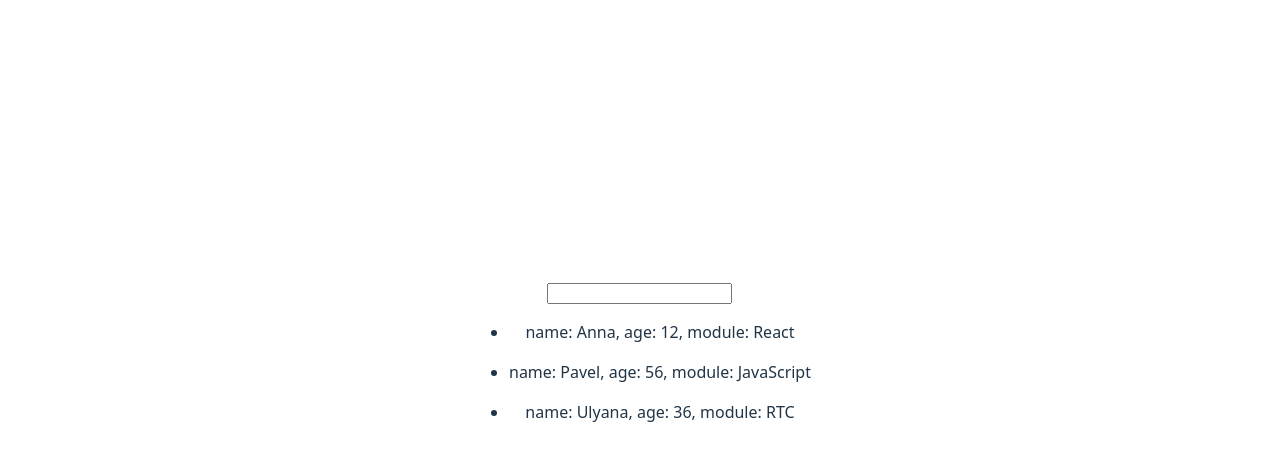
Repository: savannaaaas/MemoList
Page: /
An editor plug-in stored every save of this project. The page is shown before and after the next save, followed by the edit.
The browser window is 1280 px wide. The pictures show the whole page.
The project was rebuilt for these pictures with package versions that can differ from the ones it lists, and the page was loaded fresh each time. Also part of the build but not shown: vite.config.js.

Above is the page before, as saved 2025-07-10 15:34:25.

After the next save:
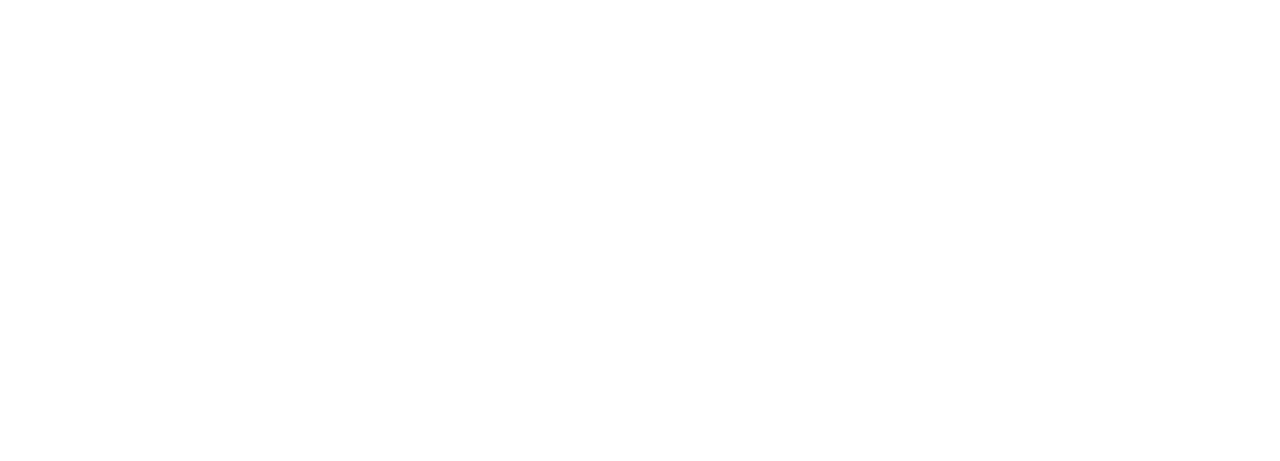
Console error: ReferenceError: React is not defined
Saved 30 s later.
--- a/src/components/ItemList.jsx
+++ b/src/components/ItemList.jsx
@@ -1,6 +1,6 @@
 import { useMemo } from "react";
 
-export const ItemList = ({ list, stateInput }) => {
+export const ItemList = React.memo(({ list, stateInput }) => {
   const filterItem = useMemo(
     () =>
       list.filter((item) =>
@@ -22,4 +22,4 @@
         })}
     </>
   );
-};
+});

After the save that followed:
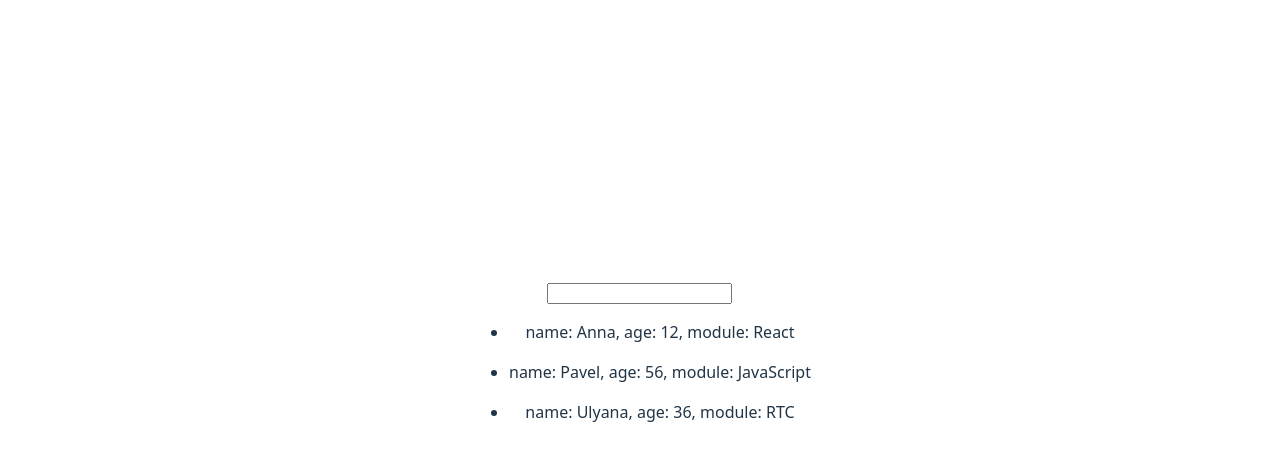
The error is gone.
Saved 9 s later.
--- a/src/components/ItemList.jsx
+++ b/src/components/ItemList.jsx
@@ -1,3 +1,4 @@
+import React from "react";
 import { useMemo } from "react";
 
 export const ItemList = React.memo(({ list, stateInput }) => {
